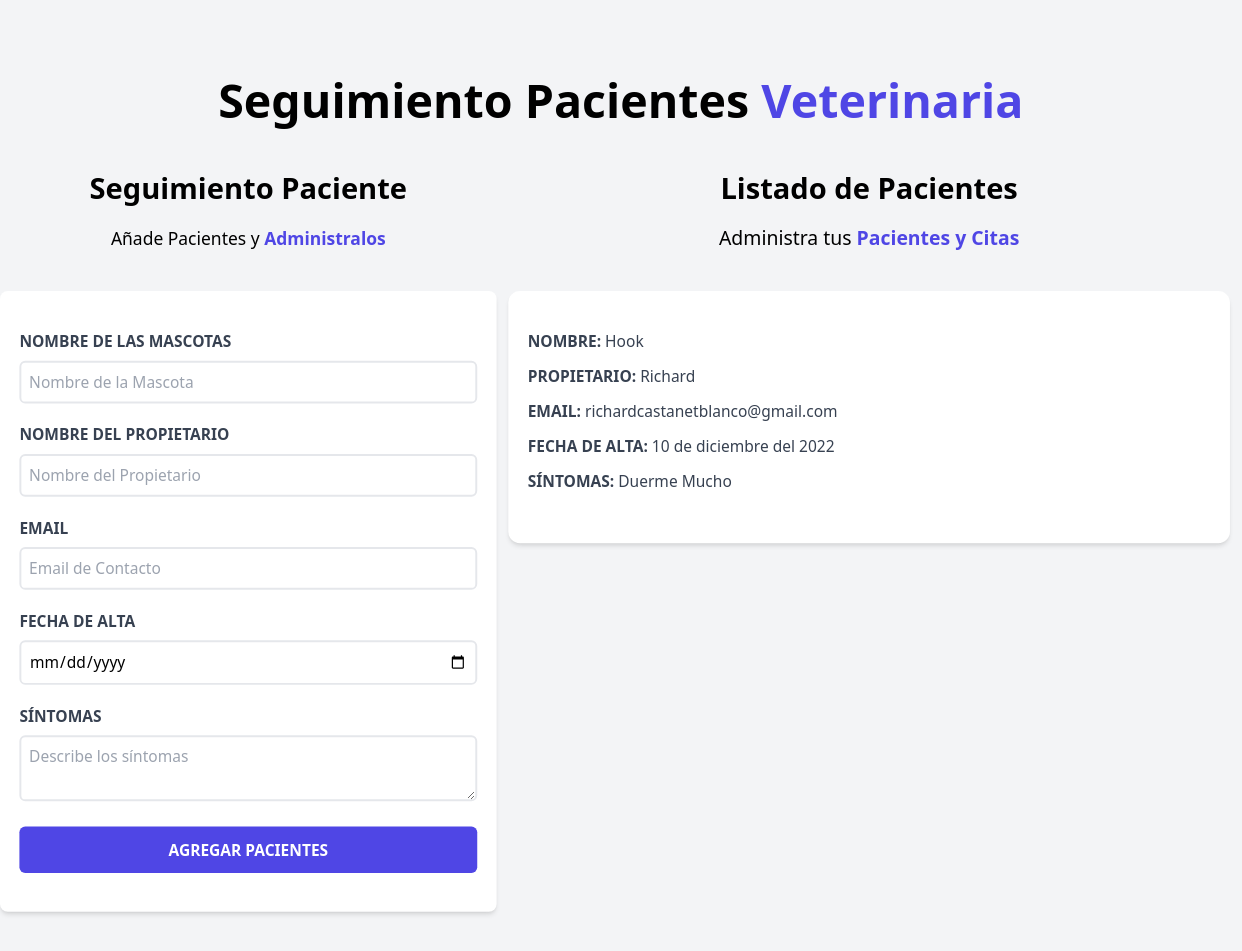
Repository: richardacb/citas_react_vite
Page: /
The author's editor kept a copy of each file at every save. The page is drawn from the files as they stood at one save, then again after the next save.
The browser window is 1280 px wide. The pictures show the whole page, at 97% of full size.
The project was rebuilt for these pictures with package versions that can differ from the ones it lists, and the page was loaded fresh each time. Also part of the build but not shown: vite.config.js.

Above is the page before, as saved 2022-12-18 22:22:46.

After the next save:
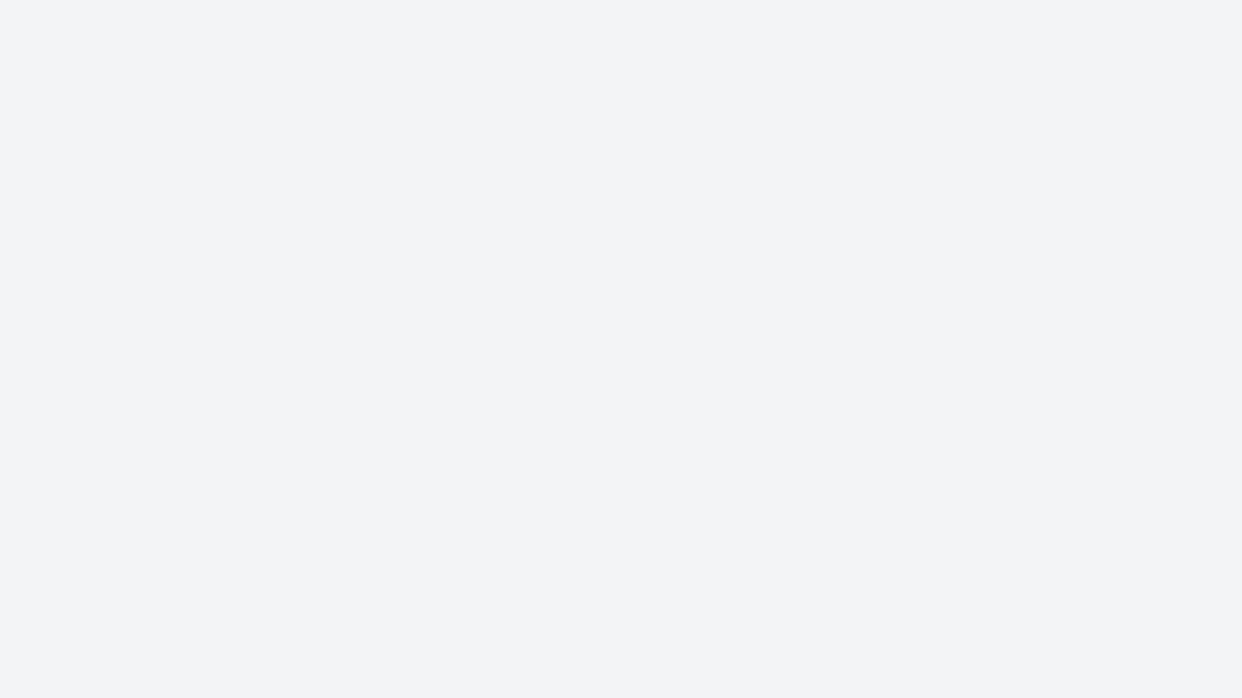
Console error: ReferenceError: alta is not defined
Saved 17 s later.
--- a/src/components/Formulario.jsx
+++ b/src/components/Formulario.jsx
@@ -12,7 +12,7 @@
     const [ email, setEmail ] = useState('');
 
     //empezmos a utilziar usestate local de alta
-    const [ alta, setAlta ] = useState('');
+    const [ fecha, setAlta ] = useState('');
 
     //fucion para valdiar el formualrio
     const handleSubmit =  (e) => {

After the 2 saves that followed:
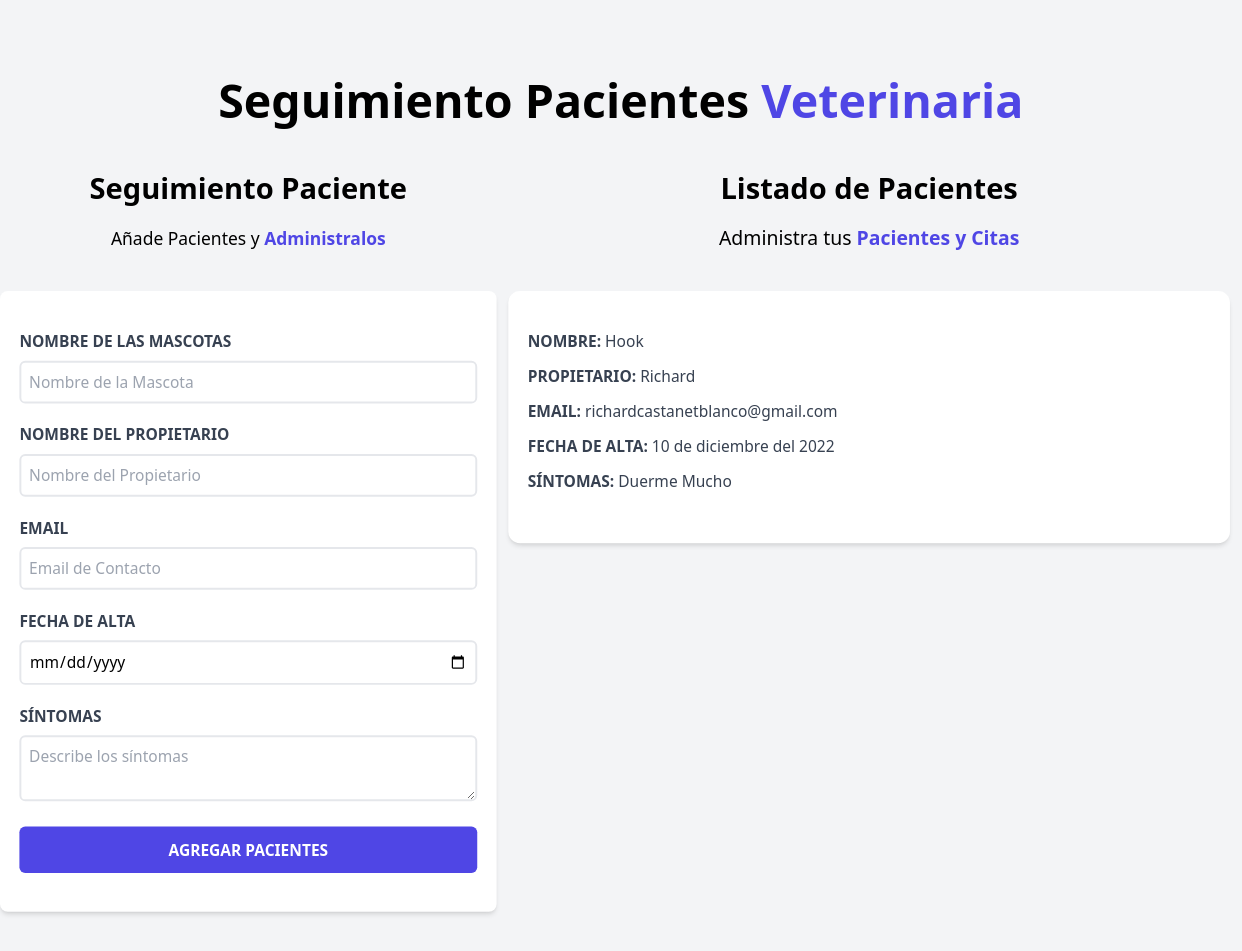
The error is gone.
The 2 saves are shown as one change because 1 left the picture as it was.
The last was saved 9 s later.
--- a/src/components/Formulario.jsx
+++ b/src/components/Formulario.jsx
@@ -12,7 +12,7 @@
     const [ email, setEmail ] = useState('');
 
     //empezmos a utilziar usestate local de alta
-    const [ fecha, setAlta ] = useState('');
+    const [ fecha, setFecha ] = useState('');
 
     //fucion para valdiar el formualrio
     const handleSubmit =  (e) => {
@@ -80,7 +80,7 @@
                     <input
                         id="alta"
                         type="date"
-                        value={alta}
+                        value={fecha}
                         className="border-2 w-full p-2 mt-2 placeholder-gray-400 rounded-md"
                     />
                 </div>
